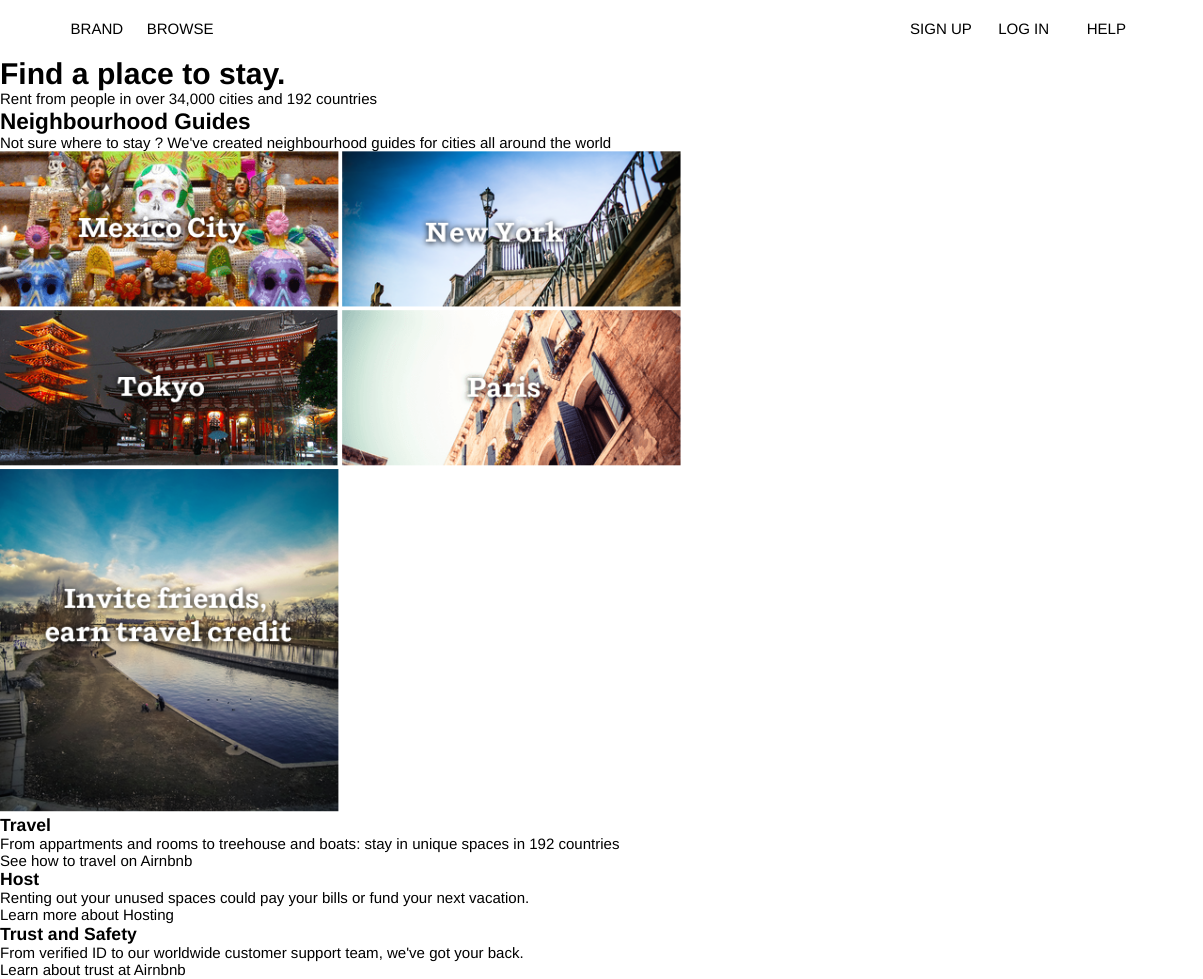
Repository: Naohonproject/web101x02-asm3
Page: Project3.html
The author's editor kept a copy of each file at every save. The page is drawn from the files as they stood at one save, then again after a run of saves.
The browser window is 1280 px wide. The pictures show the whole page, at 94% of full size.

Above is the page before, as saved 2022-01-22 00:40:47.

After the next 2 saves:
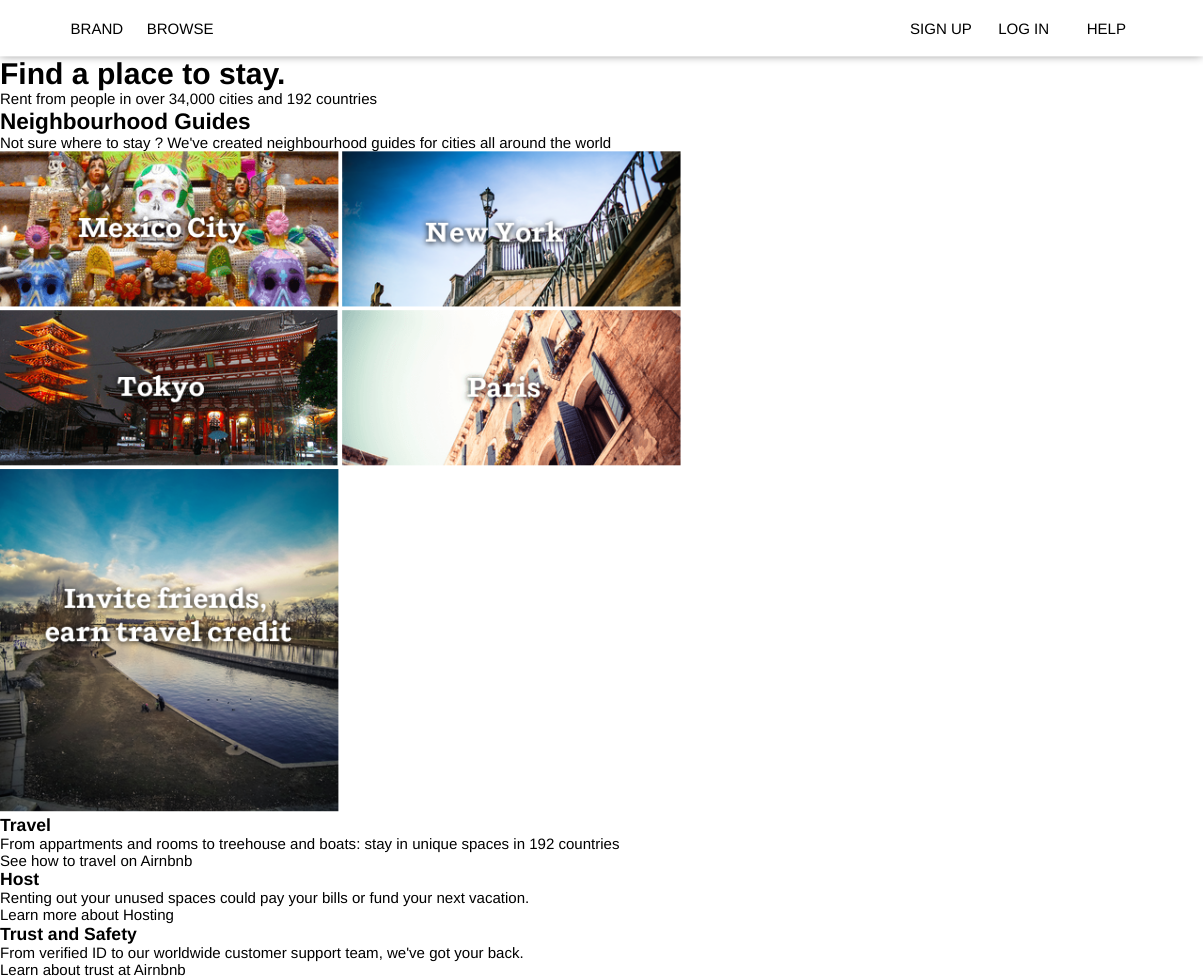
The 2 saves are shown as one change because they came seconds apart.
The last was saved 32 s later.
--- a/assets/css/responsive.css
+++ b/assets/css/responsive.css
@@ -33,6 +33,7 @@
 @media screen and (min-width: 992px) {
 	#header {
 		background-color: #fff;
+		box-shadow: 0 0 10px gray;
 	}
 
 	.nav-bar {
